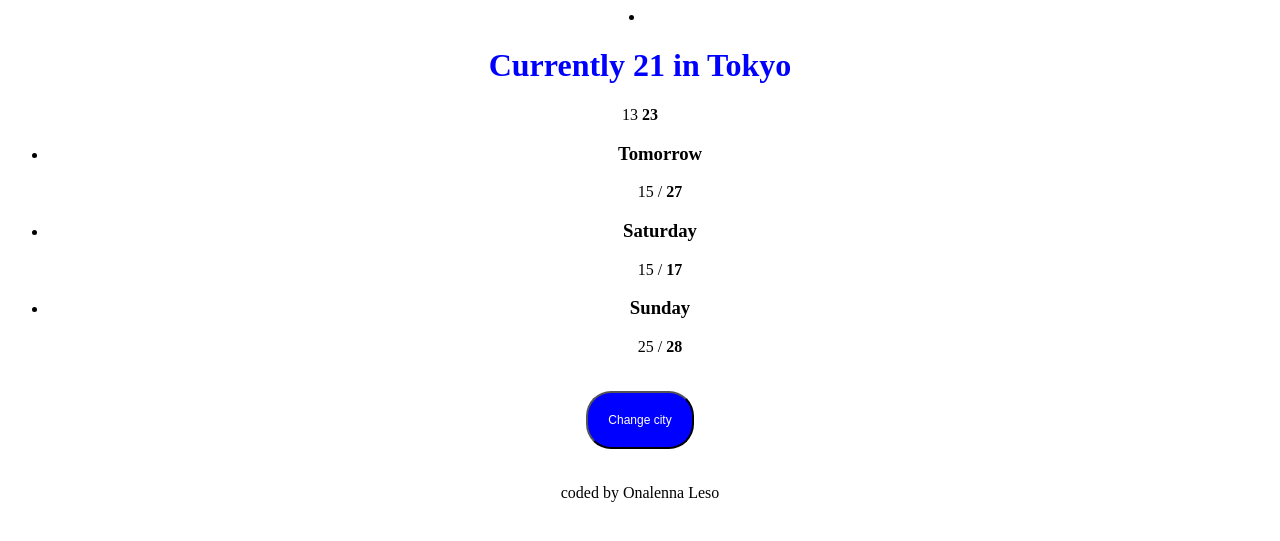
Repository: onalennaleso/empty
Page: homework w1.html
An editor plug-in stored every save of this project. The page is shown before and after the next save, followed by the edit.
The browser window is 1280 px wide. The pictures show the whole page.

Above is the page before, as saved 2024-02-02 00:22:06.

### homework w1.html
<!DOCTYPE html>
<html lang="en">

<head>
    <meta charset="UTF-8">
    <meta name="viewport" content="width=device-width, initial-scale=1.0">
    <title>Document</title>
</head>
<style>
    h1 {
        color: blue;
        text-align: center;
    }

    h3 {
        text-align: center;
    }

    ul {
        text-align: center;
    }

    li {
        text-align: center;
    }

    p {
        text-align: center;
    }

    button {
        display: block;
        padding: 20px;
        margin: 35px auto;
        font-size: 12px;
        color: white;
        background: blue;
        text-align: center;
        border-radius: 25px;
        transition: all 200ms ease-in-out;
    }

    button:hover {
        background: blue;
        color: white;
        cursor: pointer;
</style>

<body>
    <li>
        <h1>
            Currently 21 in Tokyo
        </h1>
        <p> 13 <strong> 23 </strong></p>
    </li>
    <div>
        <ul>
            <li>
                <h3>
                    Tomorrow
                </h3>
                <p>15 / <strong>27 </strong></p>
            </li>
            <li>
                <h3>
                    Saturday
                </h3>
                <p> 15 / <strong> 17 </strong></p>
            </li>
            <li>
                <h3>
                    Sunday
                </h3>
                <p> 25 / <strong> 28 </strong></p>
            </li>
        </ul>
        <button>
            Change city
        </button>
        <p>
            coded by Onalenna Leso
        </p>
    </div>
</body>
</body>

</html>

After the next save:
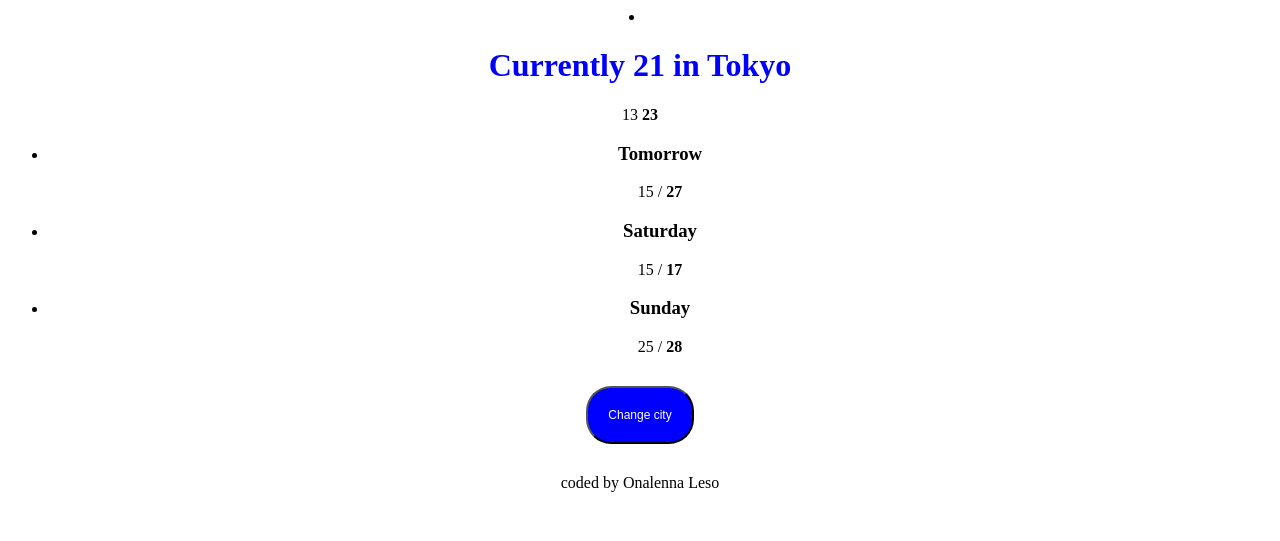
Saved 18 s later.
--- a/homework w1.html
+++ b/homework w1.html
@@ -31,7 +31,7 @@
     button {
         display: block;
         padding: 20px;
-        margin: 35px auto;
+        margin: 30px auto;
         font-size: 12px;
         color: white;
         background: blue;
